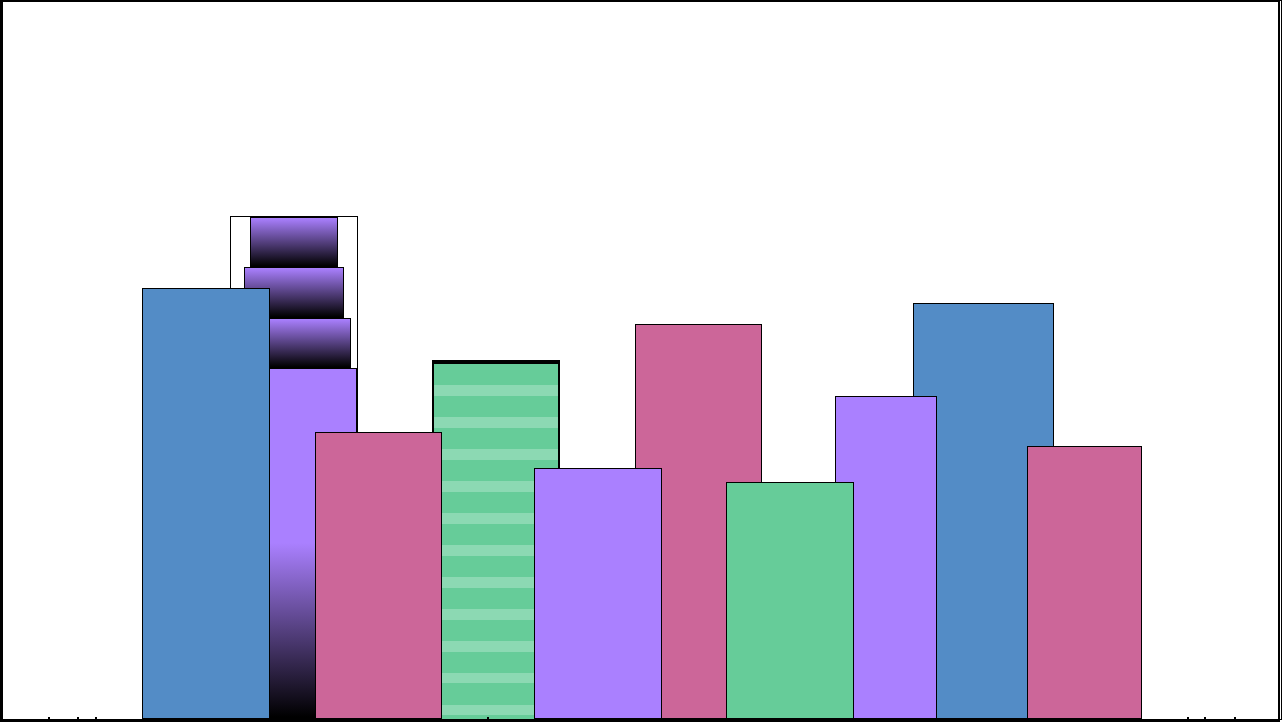
Repository: Lungdjos/city_skyline
Page: index.html
An editor plug-in stored every save of this project. The page is shown before and after a run of saves, followed by the edit.
The browser window is 1280 px wide. The page is 1282 px wide, so the pictures cover 1282 px, including what lies to the right of the window. The pictures show the whole page.

Above is the page before, as saved 2023-12-12 10:46:29.

After the next 9 saves:
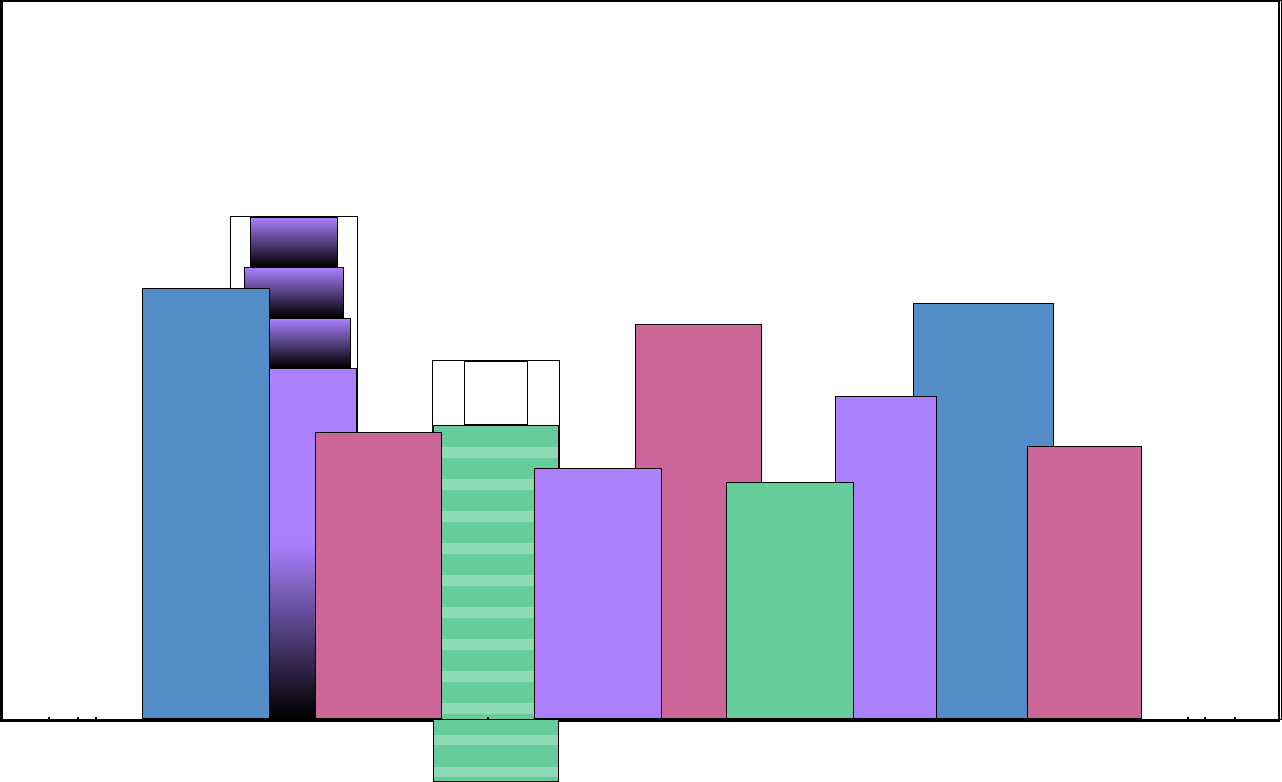
The 9 saves are shown as one change because they came seconds apart.
The last was saved 2 min 13 s later.
--- a/styles.css
+++ b/styles.css
@@ -70,6 +70,8 @@ body {
 
 .bb2a {
     margin: auto;
+    width: 5vw;
+    height: 5vw;
 }
 
 .bb2b {
